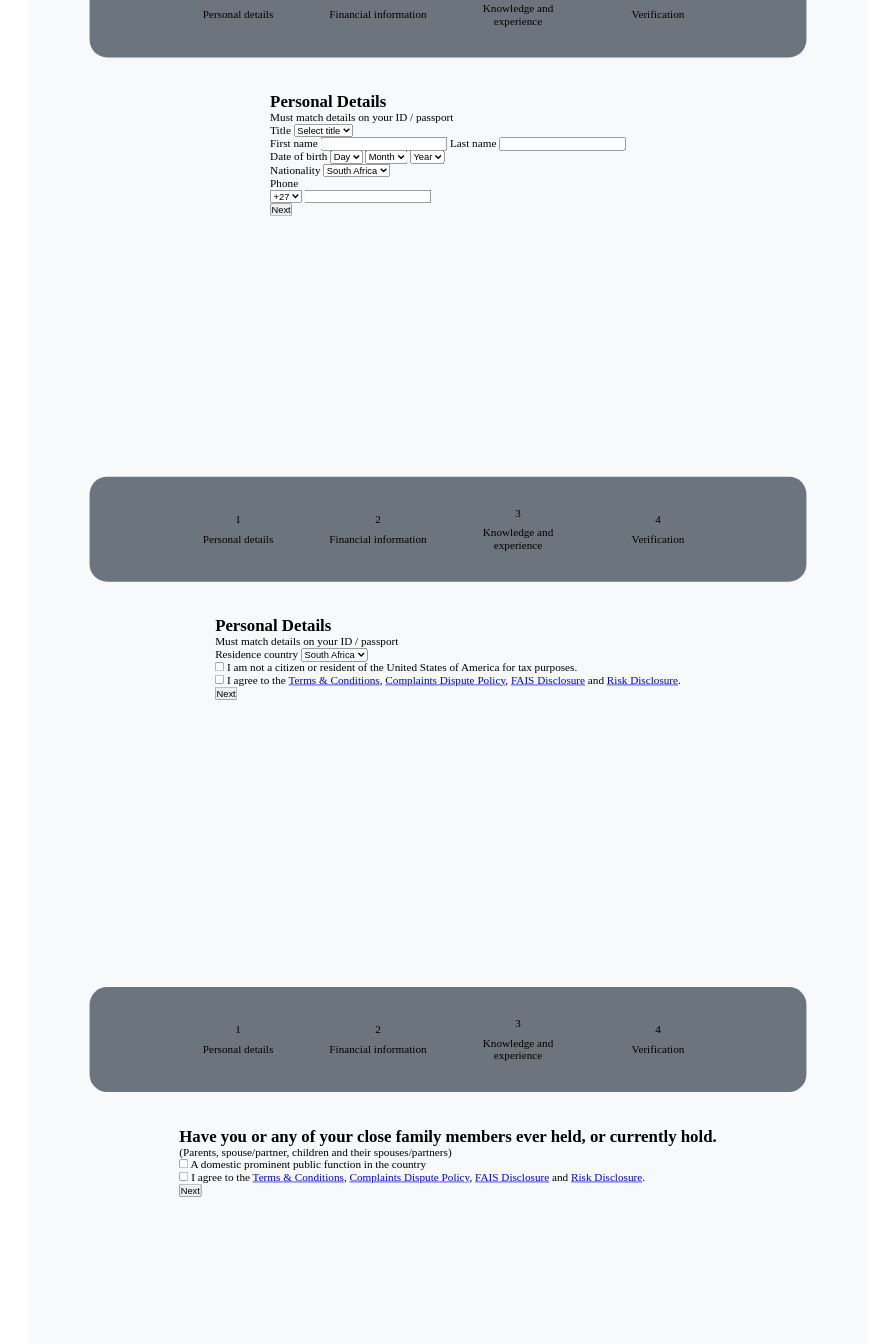
Repository: Jacques-Jaki-Morkel/vaultmarkets_SignupFlow
Page: index.HTML
The author's editor kept a copy of each file at every save. The page is drawn from the files as they stood at one save, then again after the next save.
The browser window is 1280 px wide. The pictures show the part of the page from y = 960 to 2880 px (the page is 2880 px tall), at 70% of full size.

Above is the page before, as saved 2025-07-30 14:57:13.

After the next save:
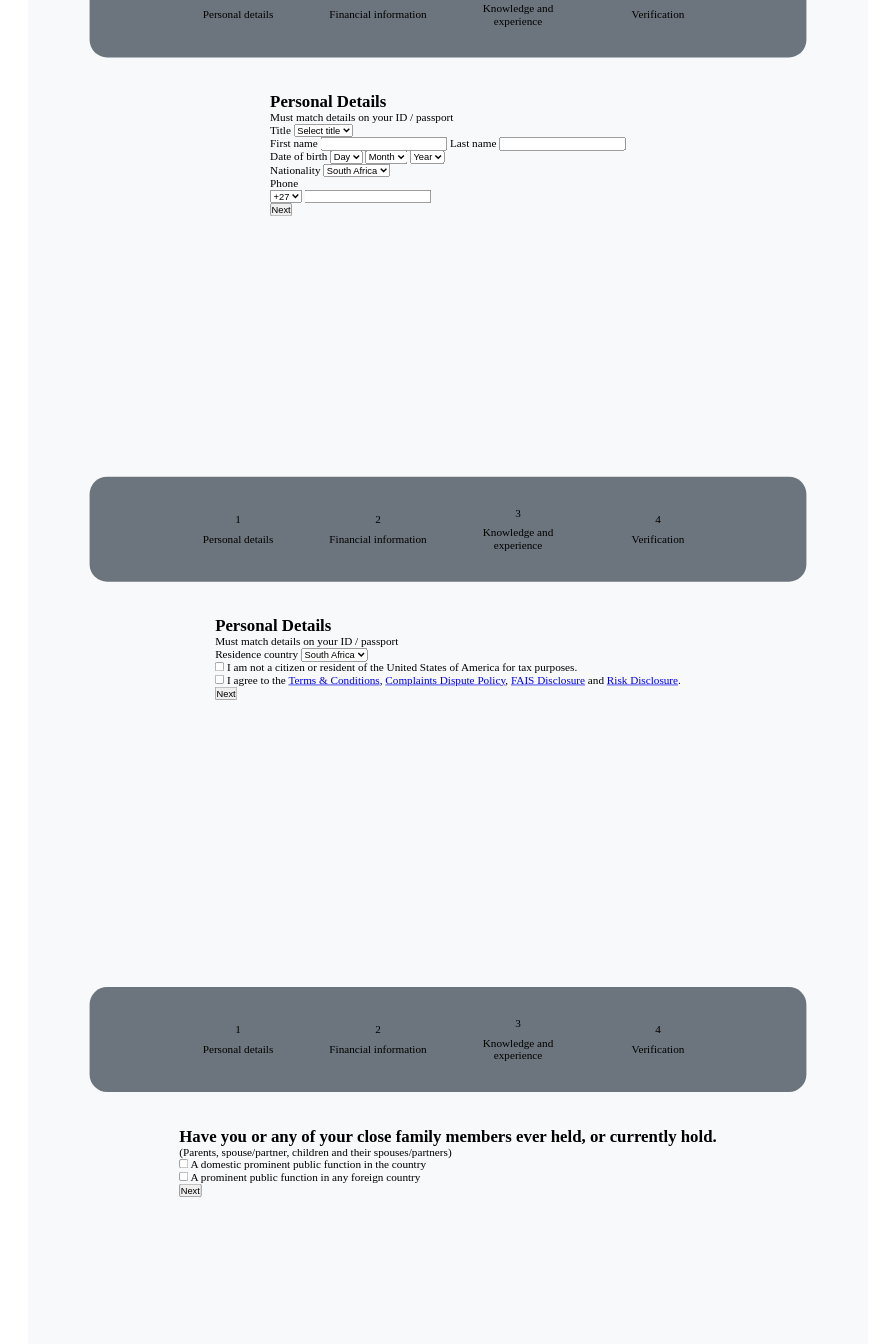
Saved 87 s later.
--- a/index.HTML
+++ b/index.HTML
@@ -256,23 +256,18 @@
                     <p>(Parents, spouse/partner, children and their spouses/partners)</p>
                 </div>
 
-                <!-- FATCA Declaration -->
+                <!-- country Declaration -->
                 <div>
                     <input type="checkbox" id="domestic" name="domestic" required>
                     <label for="fatca">A domestic prominent public function in the
                         country</label>
                 </div>
 
-                <!-- Terms and Conditions Agreement -->
-                <div>
-                    <input type="checkbox" id="terms" name="terms" required>
-                    <label for="terms">
-                        I agree to the
-                        <a href="#">Terms & Conditions</a>,
-                        <a href="#">Complaints Dispute Policy</a>,
-                        <a href="#">FAIS Disclosure</a> and
-                        <a href="#">Risk Disclosure</a>.
-                    </label>
+                 <!-- foreign country declaration -->
+                <div>
+                    <input type="checkbox" id="domestic" name="domestic" required>
+                    <label for="fatca">A prominent public function in any foreign
+country</label>
                 </div>
 
                 <button type="submit">Next</button>
